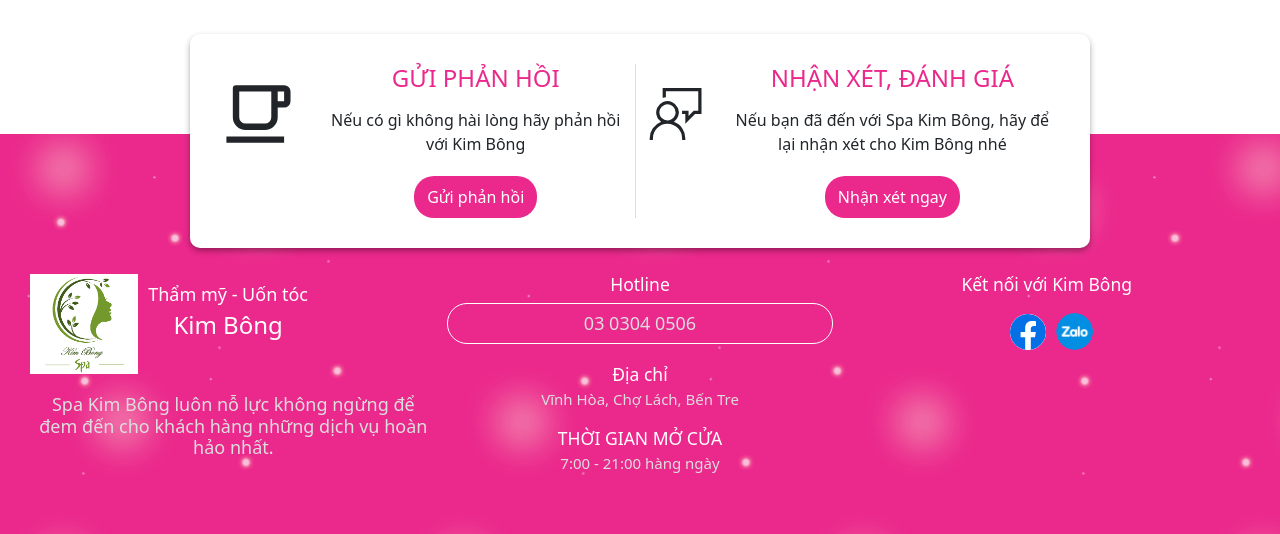
Repository: tranduykhuong/SpaKimBong
Page: /about
These files come from the project's save history. The page is drawn as it stood at one moment and after the next save; the edit follows.
The browser window is 1280 px wide. The pictures show the part of the page from y = 1836 to 2396 px (the page is 2370 px tall before and 2396 px after).
The project was rebuilt for these pictures with package versions that can differ from the ones it lists, and the page was loaded fresh each time. Also part of the build but not shown: src/components/Header/Slider/slider.scss, src/components/Header/Slider/Slider.js, src/components/Header/ListImage/listImage.scss, src/components/Header/ListImage/ListImage.js, src/pages/Home/home.scss, src/pages/Home/ListImage/listImage.scss, src/pages/Home/ListImage/ListImage.js, src/pages/Home/BookOnline/bookOnl.scss and 6 more.

Above is the page before, as saved 2022-06-02 23:41:00.

After the next save:
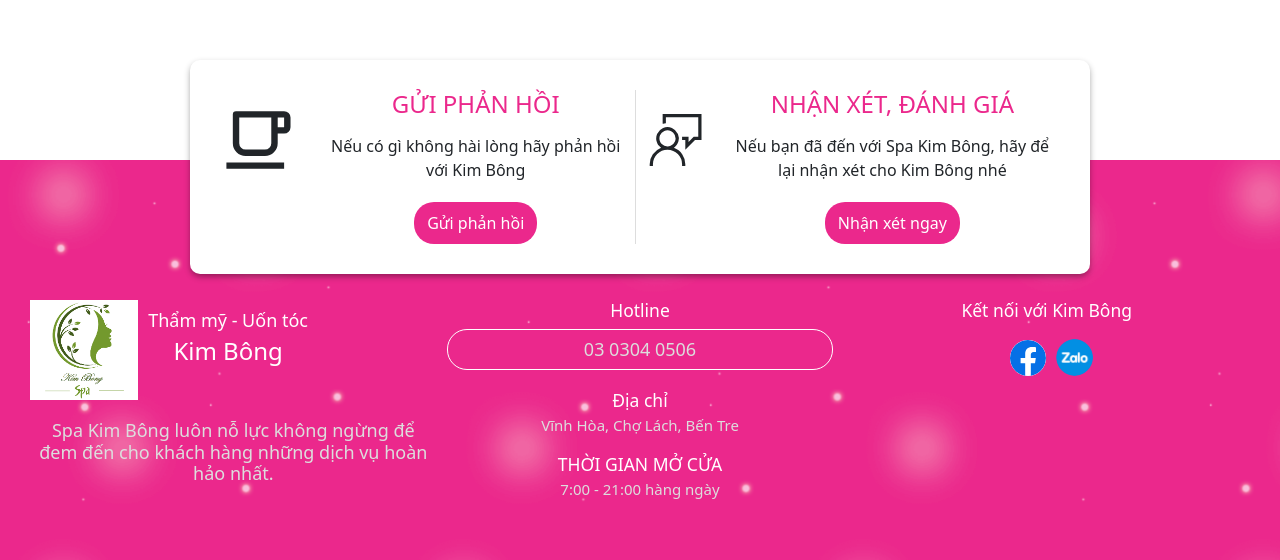
Saved 5 min 24 s later.
--- a/src/pages/About/About.js
+++ b/src/pages/About/About.js
@@ -92,6 +92,9 @@ const About = () => {
               <h2>
                 <strong>nhà sáng lập</strong>
               </h2>
+              <h3>
+                <span>Chuyên gia Đỗ Thu Hiền</span>
+              </h3>
             </div>
           </div>
         </div>
